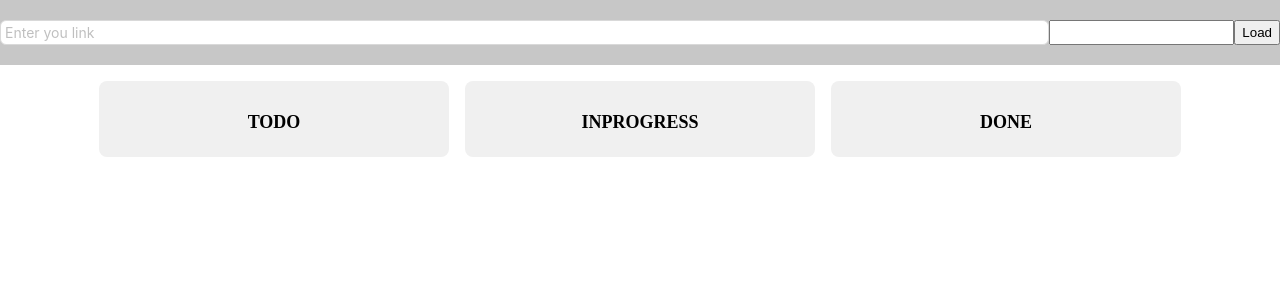
Repository: dVaselevsliy/kanban-test
Page: /
The author's editor kept a copy of each file at every save. The page is drawn from the files as they stood at one save, then again after a run of saves.
The browser window is 1280 px wide. The pictures show the whole page.
The project was rebuilt for these pictures with package versions that can differ from the ones it lists, and the page was loaded fresh each time. Also part of the build but not shown: vite.config.ts, src/helpers/timeAgo.js, src/components/Issue.tsx.

Above is the page before, as saved 2025-03-03 01:42:47.

### src/main.tsx
import { StrictMode } from 'react'
import { createRoot } from 'react-dom/client'
import App from './App.tsx'
import './styles/styles.scss'
import { Provider } from 'react-redux'
import { store } from './redux/store.ts'

createRoot(document.getElementById('root')!).render(
  <StrictMode>
    <Provider store={store}>
      <App />
    </Provider>
  </StrictMode>,
)

### src/App.tsx
import React, { useEffect, useState } from "react"
import KanbanBoard from "./components/KanbanBoard"
import { useAppDispatch, useAppSelector } from "./redux/hooks"
import { setIssues, setLink, setQuery} from "./array/dataArray"
import { getGitHubLink } from "./api"
import { Input } from 'antd';


function App() {
  const [error, setError] = useState('')
  const [loading, setLoading] = useState(false)

  const dispatch = useAppDispatch()
  const { query, link, issues } = useAppSelector(state => state.data)

  const submit = (query: string) => {
    dispatch(setLink(query))
  }

  const handleSubmit = (event: React.FormEvent) => {
    event.preventDefault();

    if (query.length === 0) {
      return
    }

    submit(query)

    reset()
  }

  const reset = () => {
    dispatch(setQuery(''))
    setError('')
  }

  useEffect(() => {
    if (!link) return

    setLoading(true)
    setError('')
  /*  check local storage for repo link if it has tasks already
      if has - take tasks from local storage
      if no - make a request
    */
    getGitHubLink(link)
      .then(issues => {
        dispatch(setIssues(issues))
      })
      .catch(() => setError('Failed to loud issues'))
      .finally(() => setLoading(false))
  }, [dispatch, link])

  return (
    <>
      <div>
        <form onSubmit={handleSubmit} className="form">
          <label htmlFor="query"></label>
          <Input
            value={query}
            onChange={(event) => {
              dispatch(setQuery(event.target.value))
            }}
            className="input"
            placeholder="Enter you link"
            id="query"
            type="text"
             />
          <input
             />
          <button

            type="submit"
          >
            Load
          </button>
          {error && error}
        </form>
        <KanbanBoard issues={issues} repoUrl={link} />
      </div>
    </>
  )
}

export default App

### src/styles/styles.scss
* {
  box-sizing: border-box;
}

body {
  margin: 0;
  padding: 0;
}

.form {
  display: flex;
  justify-content: center;
  padding-block: 20px;
  background-color: #c7c7c7;
}

.input {
  height: 25px;
  padding: 4px;
}

.colums > div {
  flex: 1;
  display: flex;
  flex-direction: column;
}

.colums {
  display: flex;
  justify-content: center;
  align-items: stretch;
  gap: 20px;
  width: 100%;

  &__name {
    text-align: center;
  }

  &__container {
    background-color: #d1d2d7;
    margin: 20px;
    border: 1px solid;
    flex-grow: 1;
    display: flex;
    flex-direction: column;
    align-items: center;
  }
}

.issue {
  border: 1px solid black;
  display: flex;
  flex-direction: column;
  width: 100%;
  margin: auto;
  padding: 15px;
  margin: 20px 0;
  border-radius: 16px;
  background-color: white;
  cursor: grab;

  &__title {
    text-align: left;
    font-size: 14px;
    font-weight: 400;
    margin: 0;
    margin-block: 5px;
    font-weight: bold;
  }

  &__description {
    text-align: left;
    font-size: 14px;
    font-weight: 400;
    margin: 0;
    margin-block: 5px;
  }

  &__second-section {
    display: flex;
    align-items: baseline;
    gap: 5px;
  }

  &__id {
    margin: 0;
    font-size: 14px;
  }

  &__third-section {
    display: flex;
    gap: 10px;
    width: 100%;
  }

  &__link {
    margin: 0;
  }
}

.kanban-container {
  display: flex;
  justify-content: center;
  gap: 16px;
  padding: 16px;
}

.kanban-column {
  max-width: 350px;
  width: 33.3%;
  padding: 16px;
  background-color: #f0f0f0;
  border-radius: 8px;
}

.kanban-title {
  font-size: 18px;
  font-weight: bold;
  margin-bottom: 8px;
  text-align: center;
}

.kanban-task {
  padding: 8px;
  background-color: white;
  border-radius: 4px;
  box-shadow: 0 2px 4px rgba(0, 0, 0, 0.1);
  margin-bottom: 8px;
  cursor: pointer;
}

.kanban-task:active {
  opacity: 0.7;
}

.kanban-new-task {
  width: 33.3%;
  padding: 16px;
}

.kanban-input {
  width: 100%;
  padding: 8px;
  border: 1px solid #ccc;
  border-radius: 4px;
}

.kanban-button {
  width: 100%;
  margin-top: 8px;
  padding: 8px;
  background-color: #007bff;
  color: white;
  border: none;
  border-radius: 4px;
  cursor: pointer;
}

.kanban-button:hover {
  background-color: #0056b3;
}

### src/redux/store.ts
import { configureStore } from "@reduxjs/toolkit";
import dataReducer from "../../src/array/dataArray";

export const store = configureStore({
  reducer: {
    data: dataReducer,
  },
});

export type AppDispatch = typeof store.dispatch;
export type RootState = ReturnType<typeof store.getState>;

### src/components/KanbanBoard.tsx
import { useEffect, useState } from "react";
import Task from "./Issue";
import { IssueType } from "../type/IssueType";

const initialTasks = {
  todo: [],
  inProgress: [],
  done: [],
};

interface Props {
  issues: IssueType[],
  repoUrl: string
}

export default function KanbanBoard({ issues, repoUrl }: Props) {
  const [tasks, setTasks] = useState(initialTasks);
  const [draggedTask, setDraggedTask] = useState(null);
  const [draggedOverTask, setDraggedOverTask] = useState(null);

  useEffect(() => {
    const storedTasks = localStorage.getItem(`kanban-${repoUrl}`)
    if (storedTasks) {
      setTasks(JSON.parse(storedTasks))
    } else {
      const newTasks = {
        todo: issues.filter(issue => issue.state === 'open' && !issue.assignee),
        inProgress: issues.filter(issue => issue.state === 'open' && issue.assignee),
        done: issues.filter(issue => issue.state === 'closed')
      }
      setTasks(newTasks)
    }
  }, [issues, repoUrl])

  useEffect(() => {
    localStorage.setItem(`kanban-${repoUrl}`, JSON.stringify(tasks))
  }, [tasks, repoUrl])

  const handleDragStart = (task: IssueType, column: string) => {
    setDraggedTask({ task, column });
  };

  const handleDragOver = (task: IssueType) => {
    setDraggedOverTask(task);
  };

  const handleDrop = (column: string) => {
    if (!draggedTask) return;

    const { task, column: fromColumn } = draggedTask;

    if (fromColumn === column) {
      const updatedColumn = [...tasks[column]];
      const fromIndex = updatedColumn.indexOf(task);
      const toIndex = updatedColumn.indexOf(draggedOverTask);

      updatedColumn.splice(fromIndex, 1);
      updatedColumn.splice(toIndex, 0, task);

      setTasks({ ...tasks, [column]: updatedColumn });
      /* local storage */
    } else {
      const updatedFromColumn = tasks[fromColumn].filter((t) => t !== task);
      const updatedToColumn = [...tasks[column]];
      const toIndex = draggedOverTask ? updatedToColumn.indexOf(draggedOverTask) : updatedToColumn.length;

      updatedToColumn.splice(toIndex, 0, task);

      setTasks({
        ...tasks,
        [fromColumn]: updatedFromColumn,
        [column]: updatedToColumn,
      });
      /* local storage - tasks for each repo
        {
          repo1URl: [
          ...
          ],
          repo2URl: [
          ...
          ],
        }
      */
    }

    setDraggedTask(null);
    setDraggedOverTask(null);
  };

  const columns = ["todo", "inProgress", "done"];

  return <div className="kanban-container">
      {columns.map((col) => (
        <div
          key={col}
          className="kanban-column"
          onDragOver={(e) => e.preventDefault()}
          onDrop={() => handleDrop(col)}
        >
          <h2 className="kanban-title">{col.toUpperCase()}</h2>
          {tasks[col].map((task) => (
            <Task
              key={task.id}
              issue={task}
              col={col}
              handleDragStart={handleDragStart}
              handleDragOver={handleDragOver}
            />
          ))}
        </div>
      ))}
    </div>
}

### src/redux/hooks.ts
import { TypedUseSelectorHook, useDispatch, useSelector } from "react-redux";
import { AppDispatch } from "./store";
import { RootState } from "@reduxjs/toolkit/query";

export const useAppDispatch = () => useDispatch<AppDispatch>()
export const useAppSelector: TypedUseSelectorHook<RootState> = useSelector

### src/array/dataArray.ts
import { createSlice, PayloadAction } from "@reduxjs/toolkit"
import { IssueType } from "../type/IssueType"

type DataType = {
  query: string
  link: string
  issues: IssueType[]
}

const initialState: DataType = {
  query: '',
  link: '',
  issues: [],
}

const dataSlice = createSlice({
  name: 'data',
  initialState,
  reducers: {
    setQuery: (state, action: PayloadAction<string>) => {
      state.query = action.payload
    },
    setLink: (state, action: PayloadAction<string>) => {
      state.link = action.payload
    },
    setIssues: (state, action: PayloadAction<IssueType[]>) => {
      state.issues = action.payload
    }
  }
})

export default dataSlice.reducer
export const { setQuery, setLink, setIssues } = dataSlice.actions;

### src/api.ts
export function getGitHubLink(link: string) {
  try {
    const repoPath = new URL(link).pathname.replace(/^\//, "");
    const url = `https://api.github.com/repos/${repoPath}/issues`

    return fetch(url, {
      headers: {
        "Accept": "application/vnd.github.v3+json",
      },
    })
      .then(res => res.json())
      .catch(() => 'Link loading Error')
  } catch {
    return Promise.resolve({error: 'Invalid URL'})
  }
}

Loaded but not shown: index.html (common file)

After the next 2 saves:
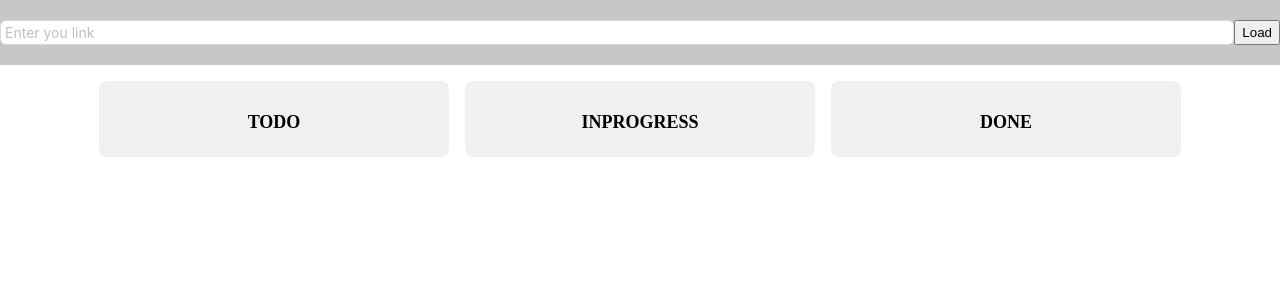
The 2 saves are shown as one change because they came seconds apart.
The last was saved 9 s later.
--- a/src/App.tsx
+++ b/src/App.tsx
@@ -64,10 +64,8 @@ function App() {
             className="input"
             placeholder="Enter you link"
             id="query"
-            type="text"
-             />
-          <input
-             />
+            type="text" />
+
           <button
 
             type="submit"
